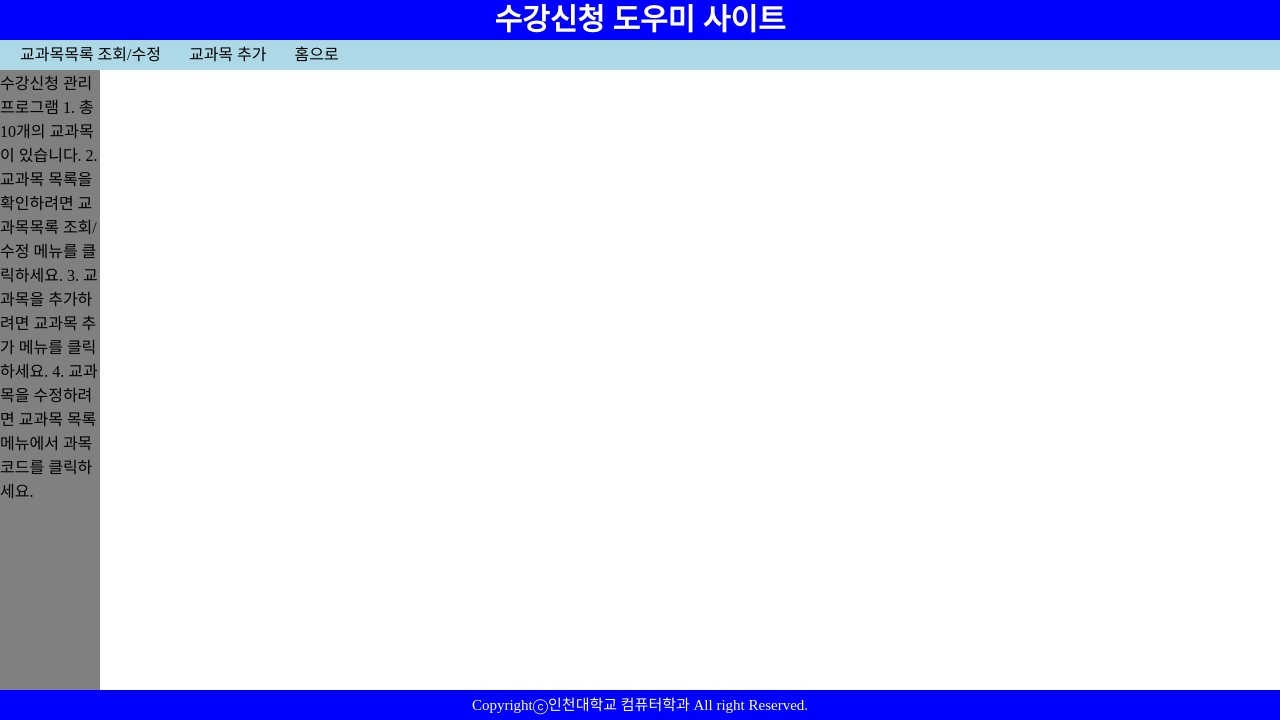
Repository: leesuyeon116/HRD_2
Page: http://localhost/HRD_0419/
These files come from the project's save history. The page is drawn as it stood at one moment and after the next save; the edit follows.
The browser window is 1280 px wide. The pictures show the whole page.
The page is served by Tomcat 9.

Above is the page before, as saved 2024-04-19 04:36:50.

After the next save:
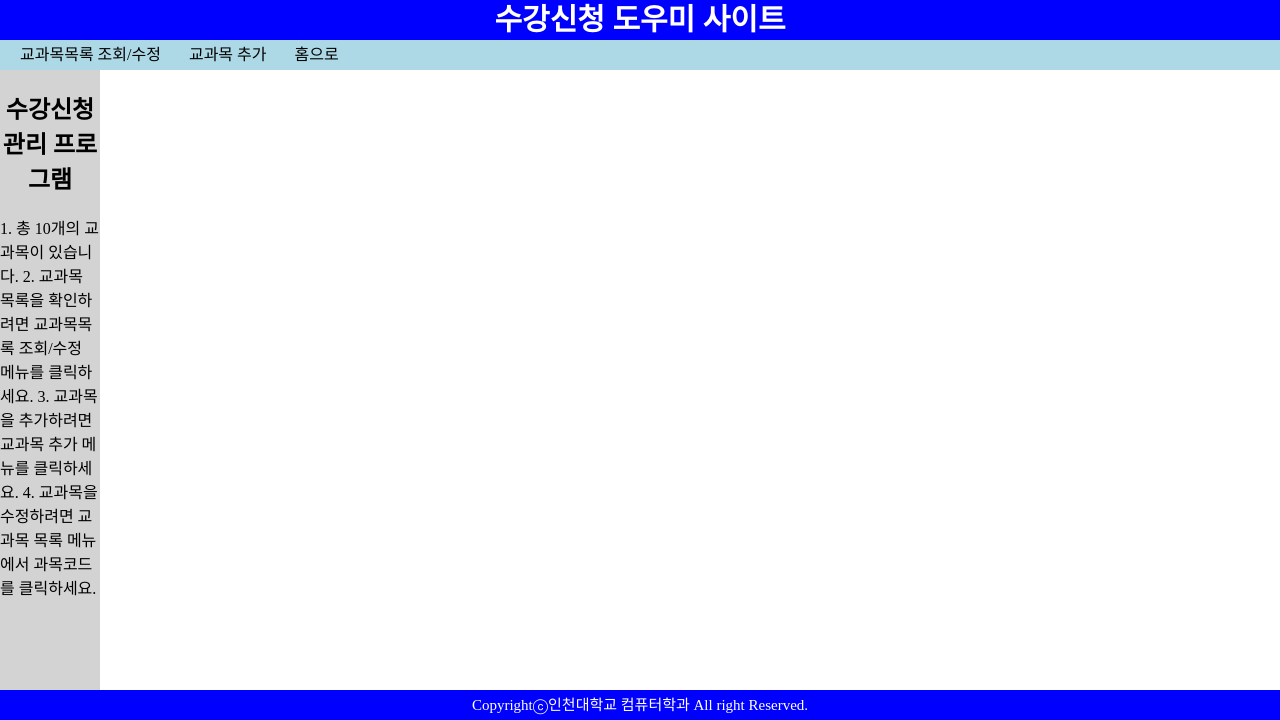
Saved 62 s later.
--- a/HRD_0419/src/main/webapp/index.jsp
+++ b/HRD_0419/src/main/webapp/index.jsp
@@ -9,8 +9,8 @@
 <body>
 	<jsp:include page="header.jsp"></jsp:include>
 
-		<section style="position: fixed; top: 70px; left:0px; width: 100px; height: 100%; background-color: gray">
-		수강신청 관리 프로그램
+		<section style="position: fixed; top: 70px; left:0px; width: 100px; height: 100%; background-color: lightgray">
+		<h2 style="text-align: center;"><b>수강신청 관리 프로그램</b></h2>
 		1. 총 10개의 교과목이 있습니다.
 		2. 교과목 목록을 확인하려면 교과목목록 조회/수정 메뉴를 클릭하세요.
 		3. 교과목을 추가하려면 교과목 추가 메뉴를 클릭하세요.
